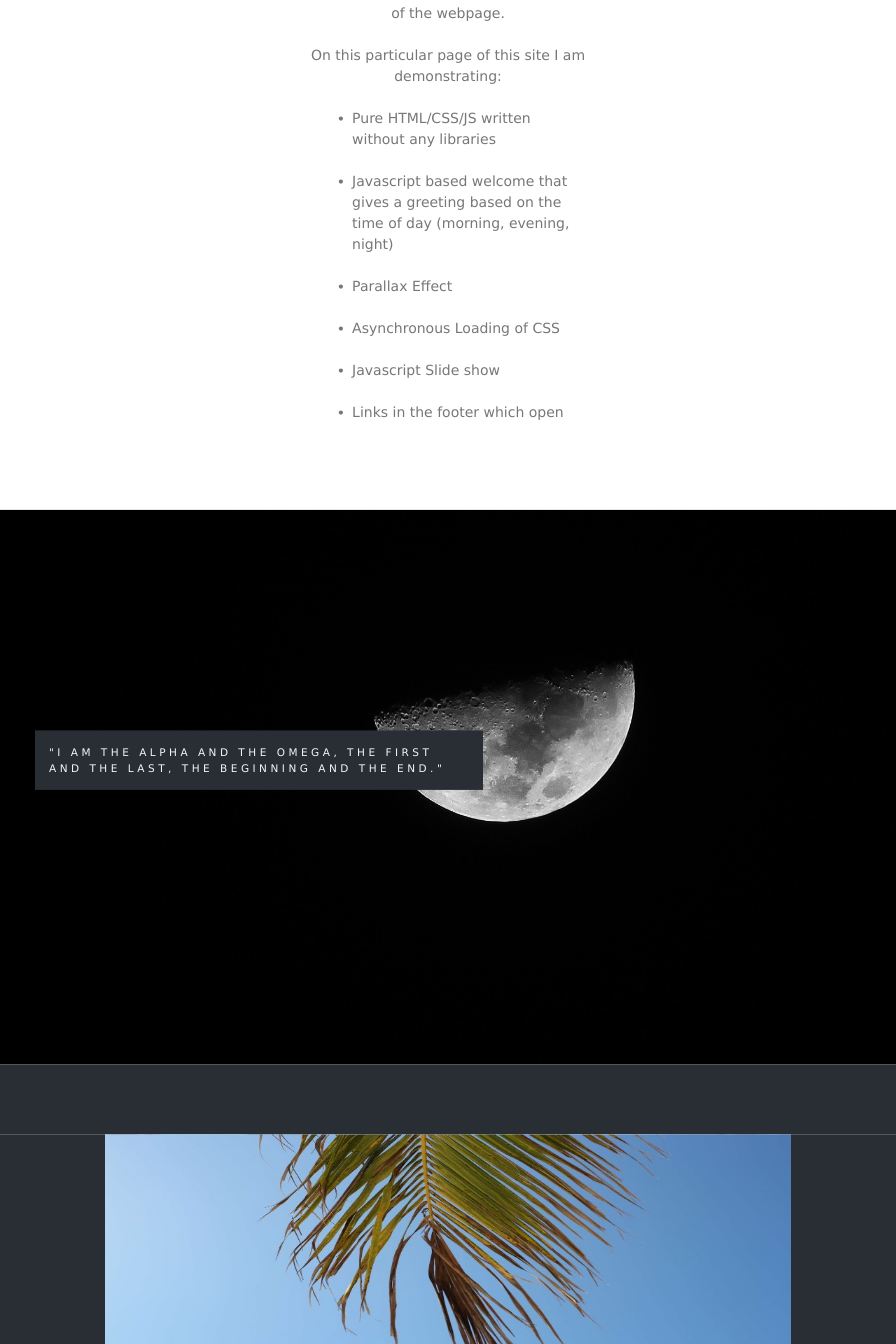
Repository: Jasondhillon/jasondhillon.github.io
Page: index.html
The author's editor kept a copy of each file at every save. The page is drawn from the files as they stood at one save, then again after the next save.
The browser window is 1280 px wide. The pictures show the part of the page from y = 1008 to 2928 px (the page is 4141 px tall before and 4261 px after), at 70% of full size.
Backgrounds fixed to the window are drawn as part of the page.

Above is the page before, as saved 2020-04-07 17:39:49.

### index.html
<!DOCTYPE html>
<html>
<head>
  <title>Welcome</title>
  <meta name="viewport" content="width=device-width, initial-scale=1">
  <meta name="robots" content="noindex, nofollow">
  <style>
    /*Above the fold*/
      html, body{width:100%; height: 100%; font-family: 'Ubuntu', sans-serif; color: whitesmoke;}

      .parallax{
      height:110%;
      background-attachment: fixed;
      background-position: center;
      background-repeat: no-repeat;
      background-size: cover;
      z-index: -5;
      }

      .topnav {
      position: absolute;
      overflow: hidden;
      }

      .topnav a {
      float: left;
      display: block;
      color: white;
      text-align: center;
      padding: 22px 21px;
      text-decoration: none;
      text-shadow: 0px 0px 10px black;
      font-size: 20px;
      }


      .topnav a:hover {
      background-color: #ddd;
      color: black;
      text-shadow: none;
      }

      .topnav .icon {
      display: none;
      color: white;
      }

      #welcome{
      text-align: center;
      position: absolute;
      left:0;
      width:100%;
      top:40%;
    }

    /*Mobile Media Query*/
      @media screen and (max-width:770px){
        html{overflow-x: hidden}
        /*Change Parallax to use smaller images*/
        .parallax{background-attachment: scroll;}
        #parallax1{background-image: url(../img/mosaic_small.jpg) !important;}
        #parallax2{background-image: url(../img/moon4_small2.jpg) !important; }
        #parallax3{background-image: url(../img/blur_small.jpg) !important;}

        /*Change Navbar to become hamburger menu*/
        .topnav a:not(:last-child) {
            display: none;
        }

        .topnav{
            min-height:100px;
            position: relative;
        }
        .topnav a.icon {
            position: absolute;
            right: 0;
            display: block;

        }
        .topnav.responsive {
            position: relative;
        }
        .topnav.responsive .icon {
            position: absolute;
            right: 0;
            top: 0;
        }
        .topnav.responsive a {
            float: none;
            display: block;
            text-align: left;
        }
      }
  </style>
  <!-- Async Script -->
    <noscript id="deferred-styles">
      <link rel="stylesheet" type="text/css" href="css/stylesheet.css"/>
      <link rel="stylesheet" href="https://www.w3schools.com/w3css/4/w3.css">
      <link rel="stylesheet" href="https://fonts.googleapis.com/css?family=Lato">
    </noscript>
    <script>
      var loadDeferredStyles = function() {
        var addStylesNode = document.getElementById("deferred-styles");
        var replacement = document.createElement("div");
        replacement.innerHTML = addStylesNode.textContent;
        document.body.appendChild(replacement)
        addStylesNode.parentElement.removeChild(addStylesNode);
      };
      var raf = requestAnimationFrame || mozRequestAnimationFrame ||
          webkitRequestAnimationFrame || msRequestAnimationFrame;
      if (raf) raf(function() { window.setTimeout(loadDeferredStyles, 0); });
      else window.addEventListener('load', loadDeferredStyles);
    </script>

</head>

<body>
<!-- Parallax/Navbar -->
  <div id="parallax1" class="parallax" style=" z-index: 1; height:110%; background-image: url(img/mosaic.JPG);" >
    <!--p style="color:white; height:110%; z-index: -599; position: absolute;"> loading </p-->

    <nav class="topnav" id="myTopnav">
      <a href="">Home</a>
      <a href="photos/index.html">Photos</a>
      <a href="about/index.html">About</a>
      <a href="contact/index.html">Contact</a>
      <a href="alt/index.html">Alt Site</a>
      <a href="javascript:void(0);" style="font-size:25px;" class="icon" onclick="myFunction();">&#9776;</a>
  </nav>

      <script>
          function myFunction()
          {
            var temp;
            var temp2;
            clearInterval(temp);
            clearInterval(temp2);

            var x = document.getElementById("myTopnav");
            var y = document.getElementById("welcometext");

            if (x.className === "topnav")
            {
              x.className += " responsive";

              y.style.opacity = 1;
              var temp = setInterval(function()
              {
                if(y.style.opacity<= 0)
                {
                  y.style.opacity = 0;
                  clearInterval(temp);

                }
                else
                {
                  y.style.opacity-=.1;
                  console.log("subtracting");
                }
              }, 10);

            }
            else
            {
              x.className = "topnav";
              y.style.opacity = 0;
                var temp2 = setInterval(function()
                {
                  if(y.style.opacity>= 1)
                  {
                    y.style.opacity = 1;
                    clearInterval(temp2);

                  }
                  else
                  {
                    y.style.opacity = parseFloat(y.style.opacity) + .05;
                    console.log("adding");
                  }
                }, 10);

            }
          }
      </script>

    <div id="welcome">
      <p id="welcometext">welcome</p>

      <script>
      var x = document.getElementById("welcometext");
      var y = new Date().getHours();
       if(y<12) x.innerHTML = "Good Morning";
       else if(y==12) x.innerHTML = "Welcome";
       else x.innerHTML = "Good Afternoon";
      </script>
    </div>

  </div>

<!-- Quote  -->
  <div style="background-color: white; padding: 80px 50px; line-height: 30px;">
    <h1 style="text-align: center; color: #444; text-transform: uppercase;">Jason Dhillon's Portfolio </h1>
    <p id="quote" >
      Hi there, welcome to my site, you will find various projects through the navbar at the top of the webpage.</p>
      <p id="quote">
        On this particular page of this site I am demonstrating:
      <ul id="quote" style="text-align: left; width: 30%;">
        <li>Pure HTML/CSS/JS written without any libraries</li>
        <li> Javascript based welcome that gives a greeting based on the time of day (morning, evening, night)</li>
        <li>Parallax Effect</li>
        <li>Asynchronous Loading of CSS</li>
        <li>Javascript Slide show</li>
        <li>Links in the footer which open </li>
      </ul></p>
  </div>

<!-- Parallax/Moon -->
  <div id="parallax2" class="parallax" style="background-image: url(img/moon4.JPG);">
    <div style="position: relative; left:50px; top:100px; width:50%;">
      <p id="moontext">
        "I am the Alpha and the Omega,
          the First and the Last,
            the Beginning and the End."</p>
      </div>
  </div>

<!-- Slide Show -->
  <div style="background-color: #282E34; height: 100px;"></div>
  <div style="background-color: #282E34;">
    <div class="w3-content w3-display-container" style="height:350px; overflow:hidden">
      <img class="mySlides" src="img/IMG_0911.JPG" style="z-Index:3">
      <img class="mySlides" src="img/IMG_0810.JPG" style="z-Index:2">
      <img class="mySlides" src="img/IMG_1858.JPG" style="z-Index:1">

    <!-- Slide Show Buttons -->
      <div class="w3-center w3-container w3-section w3-large w3-text-white w3-display-bottommiddle" style="width:100%; z-index:4;">
        <div class="w3-left w3-hover-text-khaki" onclick="plusDivs(-1)">&#10094;</div>
        <div class="w3-right w3-hover-text-khaki" onclick="plusDivs(1)">&#10095;</div>
        <span class="w3-badge demo w3-border w3-transparent w3-hover-white" onclick="currentDiv(1)"></span>
        <span class="w3-badge demo w3-border w3-transparent w3-hover-white" onclick="currentDiv(2)"></span>
        <span class="w3-badge demo w3-border w3-transparent w3-hover-white" onclick="currentDiv(3)"></span>
      </div>

      <!--Slide Show Script -->
        <script>
          var slideIndex = 0;
          var j = null;
          document.getElementsByClassName("demo")[slideIndex].className += " w3-white";
          var looper = setInterval(function(){if(j==null){showNextDivs(1+slideIndex);}}, 5000);

          function plusDivs(n) {
            if(looper!== null){
              clearInterval(looper);
              looper = null;
            }

            if(j==null){
            showNextDivs(n+slideIndex);
            }
          }
          function currentDiv(n) {
            if(looper!== null){
              clearInterval(looper);
              looper = null;
            }

            if(j==null){
              showDivs(n);
            }
          }
          //////////////////////////////////////////////////////
          function showDivs(n) {
            var prev = slideIndex;
            var next = n-1;
            var x = document.getElementsByClassName("mySlides");
            var dots = document.getElementsByClassName("demo");

            x[prev].style.zIndex = 3;

            x[next].style.zIndex = 2;

            for(var i = 0; i<x.length; i++){
              if((i!== prev) && (i!==next)){
                x[i].style.zIndex = 1;
              }

            }
              var opc = 1;
              j = setInterval(function(){
                  if (opc <= 0) {
                    x[next].style.zIndex = 3;
                    x[prev].style.zIndex = 2;
                    x[prev].style.opacity = 1;
                      clearInterval(j);
                      j=null;
                  } else {
                      opc-=.01;

                      x[prev].style.opacity = opc;
                  }
              }, 10);

              slideIndex = next;

            for (i = 0; i < dots.length; i++) {
              dots[i].className = dots[i].className.replace(" w3-white", "");
            }

            dots[next].className += " w3-white";
            x[prev].style.opacity = 1;
          }
          ////////////////////////////////////////////////////
          function showNextDivs(n) {
            var x = document.getElementsByClassName("mySlides");
            var dots = document.getElementsByClassName("demo");

            var prev = slideIndex;
            var next = n;
            if (n == -1) {next = 2}
            if (n == 3) {next = 0}
            var x = document.getElementsByClassName("mySlides");
            var dots = document.getElementsByClassName("demo");

            x[prev].style.zIndex = 3;

            x[next].style.zIndex = 2;

            for(var i = 0; i<x.length; i++){
              if((i!== prev) && (i!==next)){
                x[i].style.zIndex = 1;
              }

            }
              var opc = 1;
              j = setInterval(function(){
                  if (opc <= 0) {
                    x[next].style.zIndex = 3;
                    x[prev].style.zIndex = 2;
                    x[prev].style.opacity = 1;
                      clearInterval(j);
                      j=null;
                  } else {
                      opc-=.01;

                      x[prev].style.opacity = opc;
                  }
              }, 10);

              slideIndex = next;

            for (i = 0; i < dots.length; i++) {
              dots[i].className = dots[i].className.replace(" w3-white", "");
            }

            dots[next].className += " w3-white";
            x[prev].style.opacity = 1;

            console.log("Previous: " + prev + "\nslideIndex: " + slideIndex)
          }
        </script>

      </div>
    </div>
  </div>
  <div style="background-color: #282E34; height: 100px;"></div>


<!-- Skype Bot -->
  <span class="skype-button bubble " data-bot-id="2c2a7e41-040a-4fcd-b10a-2480ac3c488e"></span>
  <script src="https://swc.cdn.skype.com/sdk/v1/sdk.min.js"></script>

  <!-- Parallax -->
  <div id="parallax3" class="parallax" style="background-image: url(img/blur.JPG);">
  </div>

  <!-- Footer -->
  <footer class="footer">
    <table class="footer" cellspacing="0" cellpadding="0">

      <tr>
        <td>
          <p class="footer">SOCIAL</p>
          <ul class="footer">
            <li class="footer"><a  class="footer" href="https://www.facebook.com/"> <img src="img/facebook.svg" alt="" width="50px" height="50px"></li>
            <li class="footer"><a  class="footer" href="https://twitter.com/"> <img src="img/twitter.svg" alt="" width="50px" height="50px"></li>
            <li class="footer"><a class="footer" href="https://plus.google.com/+"> <img src="img/googleplus.svg" alt="" width="50px" height="50px"></li>
            <li class="footer"><a class="footer" href="https://www.instagram.com//"> <img src="img/instagram.svg" alt="" width="50px" height="50px"></li>
            <li class="footer"><a class="footer" href="https://www.youtube.com/"> <img src="img/youtube.svg" alt="" width="50px" height="50px"></li>
          </ul>
        </td>

        <!--Desktop-->
        <td id="desktop">
            <h4>You can contact me here</h4>
            <h4><img id="icon" src="img/location2.png">Orlando, FL</h4>
            <h4><img id="icon" src="img/phone2.png"><a style="color:dodgerblue" href="tel:">1-407-407-0000</h4></a></li>
            <h4><img id="icon" src="img/mail2.png"><a style="color:dodgerblue" href="mailto:">email@gmail.com</a></h4>
        </td>
      </tr>

      <!--Mobile-->
      <tr>
        <td id="mobile">
          <ul style="margin: 0 auto; width: 100%; padding: 20px;">
            <li class="footer" style="width:100%"><h4>You can contact me here</h4></li>
            <li class="footer" style="width:100%"><h4><img id="icon" src="img/location2.png">Orlando, FL</h4></li>
            <li class="footer" style="width:100%"><h4><img id="icon" src="img/phone2.png"><a style="color:dodgerblue" href="tel:">1-407-407-0000</h4></a></li>
            <li class="footer" style="width:100%"><h4><img id="icon" src="img/mail2.png"><a style="color:dodgerblue" href="mailto:">email@gmail.com</a></h4></li>
          </ul>
        </td>
      </tr>
    </table>

  </footer>

</body>
</html>

### css/stylesheet.css
html, body{width:100%; height: 100%; font-family: 'Ubuntu', sans-serif; color: whitesmoke;}
a{text-decoration: underline;}
.mySlides {display:block; position: absolute;}
.w3-left, .w3-right, .w3-badge {cursor:pointer}
.w3-badge {height:13px; width:13px; padding:0}

/*Parallax*/
    .parallax{
        height:110%;
        background-attachment: fixed;
        background-position: center;
        background-repeat: no-repeat;
        background-size: cover;
        z-index: -5;
    }

 /*Moon Text*/
    #moontext {
        position: absolute;
        top:200px;
        text-transform:uppercase;
        background-color:#282E34;
        width:100%;
        letter-spacing: 5px;
        padding: 20px;
    }

    #quote{
        text-align: center;
        width:40%; white-space:pre-line;
        margin: 0 auto;
        font-size: 20px;
        color: #777
    }

/*Navbar*/
    .topnav {
        position: absolute;
        overflow: hidden;
        }

        .topnav a {
        float: left;
        display: block;
        color: white;
        text-align: center;
        padding: 22px 21px;
        text-decoration: none;
        text-shadow: 0px 0px 10px black;
        font-size: 20px;
        }


        .topnav a:hover {
        background-color: #ddd;
        color: black;
        text-shadow: none;
        }

        .topnav .icon {
        display: none;
        color: white;
        }

        #welcome{
            text-align: center;
            position: absolute;
            left:0;
            width:100%;
            top:40%;
        }

	#welcometext{
	    opacity: 1;
	    position: absolute;
	    left: 0;
	    right: 0;
	    text-transform: uppercase;
	    background-color: #282E34;
	    width: 250px;
	    text-align: center;
	    font-size: 20px;
	    letter-spacing: 10px;
	    padding: 20px;
	    margin: 0 auto;
	}

/*Footer*/
    footer{
        width:100%;
        background-color: #111;
        text-align: center;
        padding-bottom: 50px;
    }

    p.footer{
        padding-top: 50px;
        color: white;
        font-weight: bold;
    }

    ul.footer{
        display: inline;
        list-style: none;
        padding-right: 50px;
    }
    a.footer{
        text-decoration: none;
    }
    #mobile{
        display: none;
    }
    li.footer{
	    display: inline-block;
    }
    #desktop{
        padding-right: 100px;
        padding-top:50px;
        float: right;
    }
    table.footer{
        width: 100%; table-layout: fixed
    }

/*SkypeBot iframe*/
iframe{
    background-color: #111 !important;
    width: inherit !important;
    height: 2em;
    margin: 0 !important;
}

/*Mobile Media Query*/
    @media screen and (max-width:770px){
    html{overflow-x: hidden}
    /*Change Parallax to use smaller images*/
    .parallax{background-attachment: scroll;}
    #parallax1{background-image: url(../img/mosaic_small.jpg) !important;}
    #parallax2{background-image: url(../img/moon4_small2.jpg) !important; }
    #parallax3{background-image: url(../img/blur_small.jpg) !important;}

    /*Change Navbar to become hamburger menu*/
    .topnav a:not(:last-child) {
        display: none;
    }

    .topnav{
        min-height:100px;
        position: relative;
    }
    .topnav a.icon {
        position: absolute;
        right: 0;
        display: block;

    }
    .topnav.responsive {
        position: relative;
    }
    .topnav.responsive .icon {
        position: absolute;
        right: 0;
        top: 0;
    }
    .topnav.responsive a {
        float: none;
        display: block;
        text-align: left;
    }

    /*Change the slide show to fit the screen*/
    .mySlides{
        margin-left:-150px;
    }

    /*Change footer to mobile friendly variant*/
    .footer{
        padding: 0;
    }
    ul.footer{
        padding-right:0px;
    }

    td.footer{
        padding-right:0;
    }

    #desktop{
        display:none;
    }
    #mobile{
        display:block;
    }

    table{
        width:100%;
    }

    /*Positioning fixes for mobile*/
    #moontext{
        font-size: 12px;
        top:30px;
    }

    #quote{
        width:100% !important;
    }
}
@media screen and(max-width: 1090px){
    #quote{
        width:100% !important;
    }
}

After the next save:
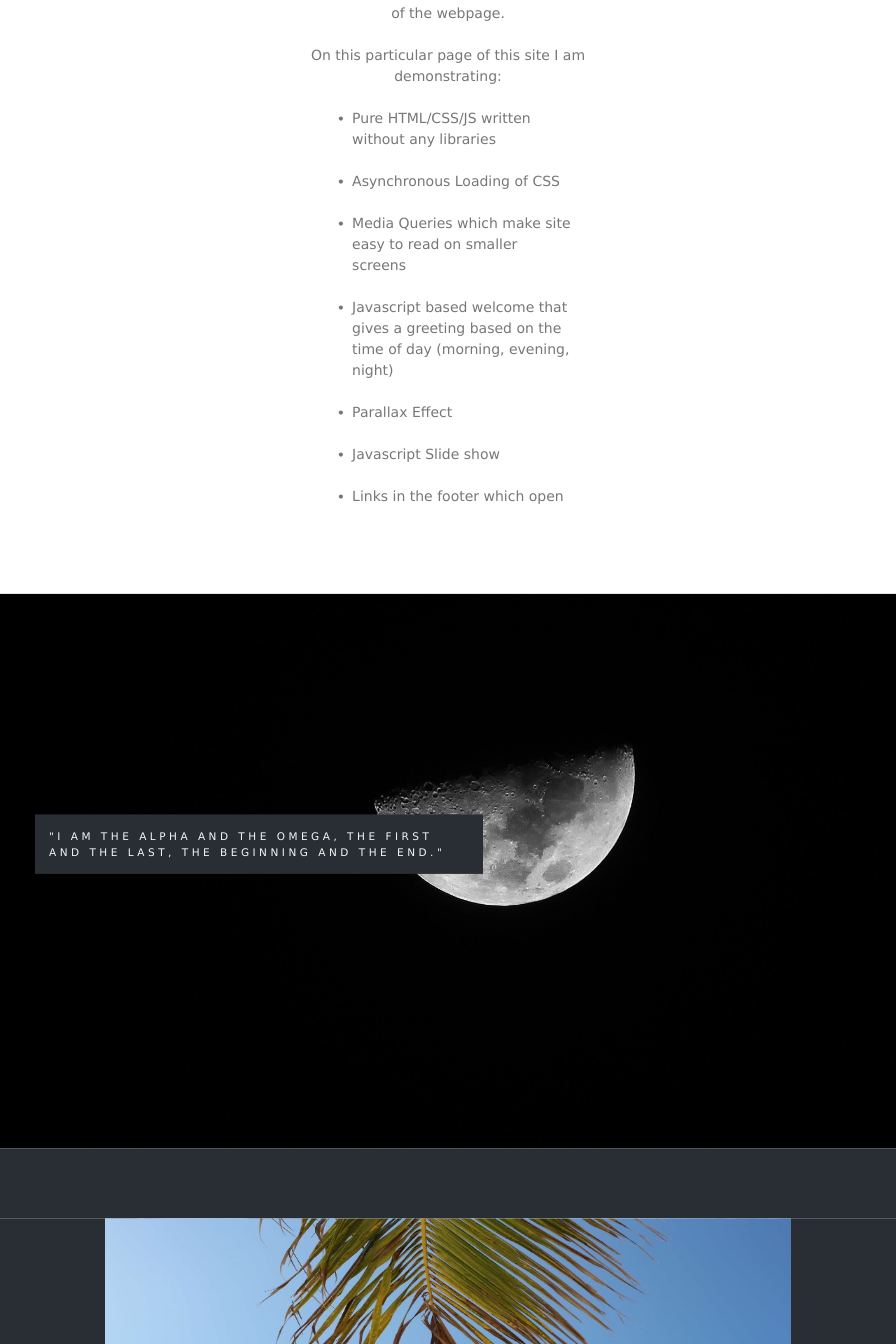
Saved 93 s later.
--- a/index.html
+++ b/index.html
@@ -206,9 +206,10 @@
         On this particular page of this site I am demonstrating:
       <ul id="quote" style="text-align: left; width: 30%;">
         <li>Pure HTML/CSS/JS written without any libraries</li>
+        <li>Asynchronous Loading of CSS</li>
+        <li>Media Queries which make site easy to read on smaller screens</li>
         <li> Javascript based welcome that gives a greeting based on the time of day (morning, evening, night)</li>
         <li>Parallax Effect</li>
-        <li>Asynchronous Loading of CSS</li>
         <li>Javascript Slide show</li>
         <li>Links in the footer which open </li>
       </ul></p>
